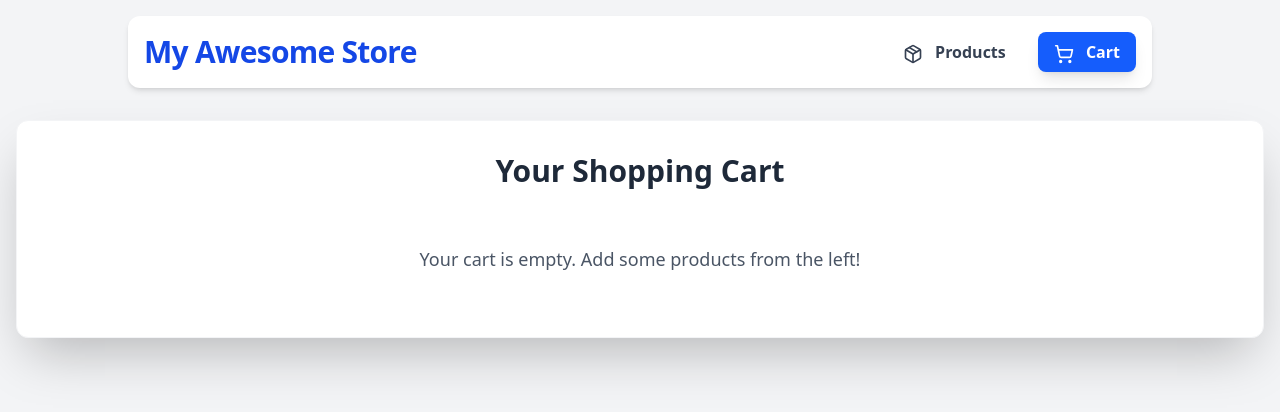
Repository: EphrahimLaanyu123/admin-panel
Page: /cart
The author's editor kept a copy of each file at every save. The page is drawn from the files as they stood at one save, then again after the next save.
The browser window is 1280 px wide. The pictures show the whole page.
The project was rebuilt for these pictures with package versions that can differ from the ones it lists, and the page was loaded fresh each time. Also part of the build but not shown: vite.config.js, src/components/Products.jsx.

Above is the page before, as saved 2025-06-13 12:25:27.

### src/main.jsx
// main.jsx
import React from 'react';
import ReactDOM from 'react-dom/client';
import { BrowserRouter } from 'react-router-dom';
import App from './App';
import './index.css';

ReactDOM.createRoot(document.getElementById('root')).render(
  <BrowserRouter>
    <App />
  </BrowserRouter>
);

### src/App.jsx
// App.jsx
import React, { useState, useEffect, useMemo } from 'react';
import { Routes, Route, NavLink, useLocation } from 'react-router-dom';
import Cookies from 'js-cookie';
import { ShoppingCart, Package } from 'lucide-react';
import Products from './components/Products';
import Cart from './components/Cart';


function App() {
  const [cart, setCart] = useState([]);
  const [showConfirmation, setShowConfirmation] = useState('');
  const location = useLocation();

  useEffect(() => {
    try {
      const storedCart = Cookies.get('shoppingCart');
      if (storedCart) {
        setCart(JSON.parse(storedCart));
      }
    } catch (error) {
      console.error('Failed to load cart from cookies:', error);
      Cookies.remove('shoppingCart');
    }
  }, []);

  useEffect(() => {
    if (cart.length > 0) {
      Cookies.set('shoppingCart', JSON.stringify(cart), {
        expires: 30,
        secure: true,
        sameSite: 'Lax',
      });
    } else {
      Cookies.remove('shoppingCart');
    }
  }, [cart]);

  const addToCart = (product) => {
    setCart((prevCart) => {
      const existingItem = prevCart.find((item) => item.productId === product.id);
      if (existingItem) {
        return prevCart.map((item) =>
          item.productId === product.id ? { ...item, quantity: item.quantity + 1 } : item
        );
      } else {
        return [...prevCart, { productId: product.id, name: product.name, price: product.price, quantity: 1 }];
      }
    });

    setShowConfirmation(`${product.name} added to cart!`);
    const timer = setTimeout(() => setShowConfirmation(''), 2000);
    return () => clearTimeout(timer);
  };

  const updateQuantity = (productId, change) => {
    setCart((prevCart) =>
      prevCart
        .map((item) =>
          item.productId === productId ? { ...item, quantity: item.quantity + change } : item
        )
        .filter((item) => item.quantity > 0)
    );
  };

  const removeFromCart = (productId) => {
    setCart((prevCart) => prevCart.filter((item) => item.productId !== productId));
  };

  const totalCartItems = useMemo(() => cart.reduce((sum, item) => sum + item.quantity, 0), [cart]);

  return (
    <div className="min-h-screen bg-gray-100 flex flex-col items-center p-4 font-inter">
      <header className="w-full max-w-5xl bg-white shadow-md rounded-xl p-4 flex justify-between items-center mb-8">
        <h1 className="text-3xl font-extrabold text-blue-700 tracking-tight">My Awesome Store</h1>
        <nav className="flex items-center space-x-4">
          <NavLink
            to="/"
            className={({ isActive }) =>
              `px-4 py-2 rounded-lg font-semibold transition duration-200 ease-in-out ${
                isActive ? 'bg-blue-600 text-white shadow-lg' : 'text-gray-700 hover:bg-gray-200'
              }`
            }
          >
            <Package className="inline-block mr-2" size={20} /> Products
          </NavLink>
          <NavLink
            to="/cart"
            className={({ isActive }) =>
              `px-4 py-2 rounded-lg font-semibold relative transition duration-200 ease-in-out ${
                isActive ? 'bg-blue-600 text-white shadow-lg' : 'text-gray-700 hover:bg-gray-200'
              }`
            }
          >
            <ShoppingCart className="inline-block mr-2" size={20} /> Cart
            {totalCartItems > 0 && (
              <span className="absolute -top-2 -right-2 bg-red-500 text-white text-xs font-bold rounded-full h-6 w-6 flex items-center justify-center">
                {totalCartItems}
              </span>
            )}
          </NavLink>
        </nav>
      </header>

      {showConfirmation && (
        <div className="fixed top-4 right-4 bg-green-500 text-white px-6 py-3 rounded-lg shadow-xl z-50">
          {showConfirmation}
        </div>
      )}

      <Routes>
        <Route path="/" element={<Products addToCart={addToCart} />} />
        <Route
          path="/cart"
          element={
            <Cart
              cart={cart}
              products={Products.productList}
              updateQuantity={updateQuantity}
              removeFromCart={removeFromCart}
            />
          }
        />
      </Routes>
    </div>
  );
}

export default App;

### src/components/Cart.jsx
import React from 'react';
import { Trash2 } from 'lucide-react'; // Ensure lucide-react is imported

function Cart({ cart, products, updateQuantity, removeFromCart }) {
  // Function to get the product image URL based on productId
  const getImageUrl = (productId) => {
    const product = products.find((p) => p.id === productId);
    // Provide a placeholder image if no product is found or image URL is missing
    return product?.imageUrl || 'https://placehold.co/80x80/CCCCCC/333333?text=Item';
  };

  // Calculate the total price of items in the cart
  const totalCartPrice = cart.reduce((sum, item) => sum + item.price * item.quantity, 0);

  return (
    <main className="w-full bg-white p-8 rounded-xl shadow-2xl border border-gray-100 font-inter">
      <h2 className="text-3xl font-bold text-gray-800 mb-6 text-center">Your Shopping Cart</h2>
      {cart.length === 0 ? (
        <p className="text-gray-600 text-center text-lg py-8">Your cart is empty. Add some products from the left!</p>
      ) : (
        <>
          <div className="space-y-4">
            {cart.map((item) => (
              <div key={item.productId} className="flex flex-col sm:flex-row items-center justify-between p-4 border border-gray-200 rounded-lg shadow-sm bg-white hover:bg-gray-50 transition duration-200">
                <div className="flex items-center mb-4 sm:mb-0">
                  <img
                    src={getImageUrl(item.productId)}
                    alt={item.name}
                    className="w-20 h-20 object-cover rounded-lg mr-4 border border-gray-300"
                    onError={(e) => {
                      // Fallback in case image fails to load
                      e.target.onerror = null;
                      e.target.src = 'https://placehold.co/80x80/CCCCCC/333333?text=Item';
                    }}
                  />
                  <div>
                    <h3 className="text-lg font-semibold text-gray-900">{item.name}</h3>
                    <p className="text-gray-600">Ksh{item.price.toFixed(2)} each</p>
                  </div>
                </div>
                <div className="flex items-center space-x-2 mb-4 sm:mb-0">
                  {/* Quantity update buttons */}
                  <button
                    onClick={() => updateQuantity(item.productId, -1)}
                    className="px-3 py-1 bg-gray-200 text-gray-800 rounded-lg hover:bg-gray-300 transition duration-200 text-lg font-bold"
                  >
                    -
                  </button>
                  <span className="text-xl font-semibold text-gray-800 w-8 text-center">{item.quantity}</span>
                  <button
                    onClick={() => updateQuantity(item.productId, 1)}
                    className="px-3 py-1 bg-gray-200 text-gray-800 rounded-lg hover:bg-gray-300 transition duration-200 text-lg font-bold"
                  >
                    +
                  </button>
                </div>
                {/* Remove from cart button */}
                <button
                  onClick={() => removeFromCart(item.productId)}
                  className="p-2 text-red-500 hover:text-red-700 transition duration-200 rounded-full hover:bg-red-100"
                  aria-label="Remove item from cart"
                >
                  <Trash2 size={24} /> {/* Adjust icon size for better visibility */}
                </button>
              </div>
            ))}
          </div>
          <div className="text-right mt-6 text-2xl font-bold text-blue-700 p-4 border-t-2 border-blue-100">
            Total: Ksh{totalCartPrice.toFixed(2)}
          </div>
        </>
      )}
    </main>
  );
}

export default Cart;

Loaded but not shown: index.html (common file); src/index.css (common file)

After the next save:
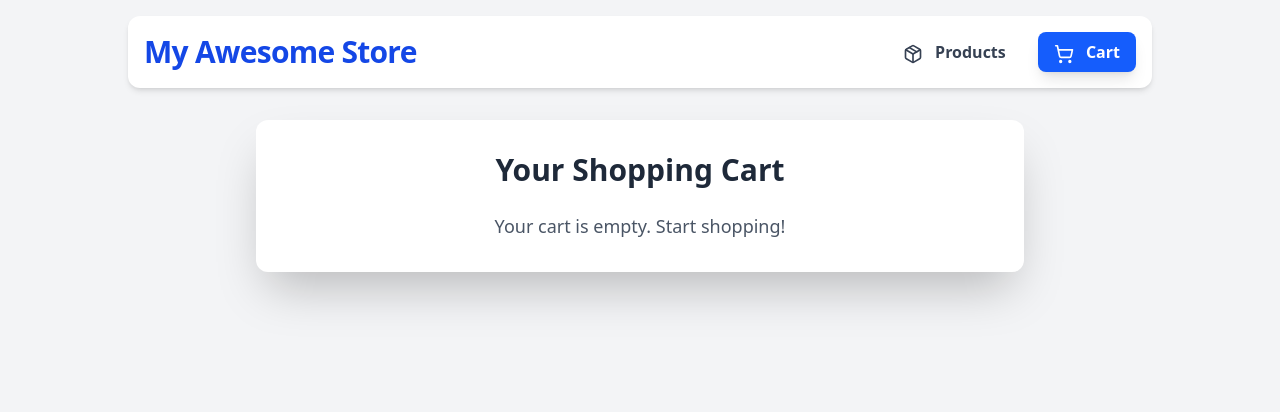
Saved 5 s later.
--- a/src/components/Cart.jsx
+++ b/src/components/Cart.jsx
@@ -1,34 +1,33 @@
+// Cart.jsx
 import React from 'react';
-import { Trash2 } from 'lucide-react'; // Ensure lucide-react is imported
+import { Trash2 } from 'lucide-react';
 
 function Cart({ cart, products, updateQuantity, removeFromCart }) {
-  // Function to get the product image URL based on productId
   const getImageUrl = (productId) => {
     const product = products.find((p) => p.id === productId);
-    // Provide a placeholder image if no product is found or image URL is missing
     return product?.imageUrl || 'https://placehold.co/80x80/CCCCCC/333333?text=Item';
   };
 
-  // Calculate the total price of items in the cart
+  const getProduct = (productId) => products.find((p) => p.id === productId);
+
   const totalCartPrice = cart.reduce((sum, item) => sum + item.price * item.quantity, 0);
 
   return (
-    <main className="w-full bg-white p-8 rounded-xl shadow-2xl border border-gray-100 font-inter">
+    <main className="w-full max-w-3xl bg-white p-8 rounded-xl shadow-2xl">
       <h2 className="text-3xl font-bold text-gray-800 mb-6 text-center">Your Shopping Cart</h2>
       {cart.length === 0 ? (
-        <p className="text-gray-600 text-center text-lg py-8">Your cart is empty. Add some products from the left!</p>
+        <p className="text-gray-600 text-center text-lg">Your cart is empty. Start shopping!</p>
       ) : (
         <>
           <div className="space-y-4">
             {cart.map((item) => (
-              <div key={item.productId} className="flex flex-col sm:flex-row items-center justify-between p-4 border border-gray-200 rounded-lg shadow-sm bg-white hover:bg-gray-50 transition duration-200">
-                <div className="flex items-center mb-4 sm:mb-0">
+              <div key={item.productId} className="flex items-center justify-between p-4 border border-gray-200 rounded-lg shadow-sm">
+                <div className="flex items-center">
                   <img
                     src={getImageUrl(item.productId)}
                     alt={item.name}
-                    className="w-20 h-20 object-cover rounded-lg mr-4 border border-gray-300"
+                    className="w-20 h-20 object-cover rounded-lg mr-4"
                     onError={(e) => {
-                      // Fallback in case image fails to load
                       e.target.onerror = null;
                       e.target.src = 'https://placehold.co/80x80/CCCCCC/333333?text=Item';
                     }}
@@ -38,35 +37,19 @@
                     <p className="text-gray-600">Ksh{item.price.toFixed(2)} each</p>
                   </div>
                 </div>
-                <div className="flex items-center space-x-2 mb-4 sm:mb-0">
-                  {/* Quantity update buttons */}
-                  <button
-                    onClick={() => updateQuantity(item.productId, -1)}
-                    className="px-3 py-1 bg-gray-200 text-gray-800 rounded-lg hover:bg-gray-300 transition duration-200 text-lg font-bold"
-                  >
-                    -
-                  </button>
-                  <span className="text-xl font-semibold text-gray-800 w-8 text-center">{item.quantity}</span>
-                  <button
-                    onClick={() => updateQuantity(item.productId, 1)}
-                    className="px-3 py-1 bg-gray-200 text-gray-800 rounded-lg hover:bg-gray-300 transition duration-200 text-lg font-bold"
-                  >
-                    +
-                  </button>
+                <div className="flex items-center space-x-2">
+                  <button onClick={() => updateQuantity(item.productId, -1)} className="px-2 py-1 bg-gray-200 rounded">-</button>
+                  <span>{item.quantity}</span>
+                  <button onClick={() => updateQuantity(item.productId, 1)} className="px-2 py-1 bg-gray-200 rounded">+</button>
                 </div>
-                {/* Remove from cart button */}
-                <button
-                  onClick={() => removeFromCart(item.productId)}
-                  className="p-2 text-red-500 hover:text-red-700 transition duration-200 rounded-full hover:bg-red-100"
-                  aria-label="Remove item from cart"
-                >
-                  <Trash2 size={24} /> {/* Adjust icon size for better visibility */}
+                <button onClick={() => removeFromCart(item.productId)} className="text-red-500 hover:text-red-700">
+                  <Trash2 size={20} />
                 </button>
               </div>
             ))}
           </div>
-          <div className="text-right mt-6 text-2xl font-bold text-blue-700 p-4 border-t-2 border-blue-100">
-            Total: Ksh{totalCartPrice.toFixed(2)}
+          <div className="text-right mt-6 text-xl font-semibold text-blue-700">
+            Total: ${totalCartPrice.toFixed(2)}
           </div>
         </>
       )}
